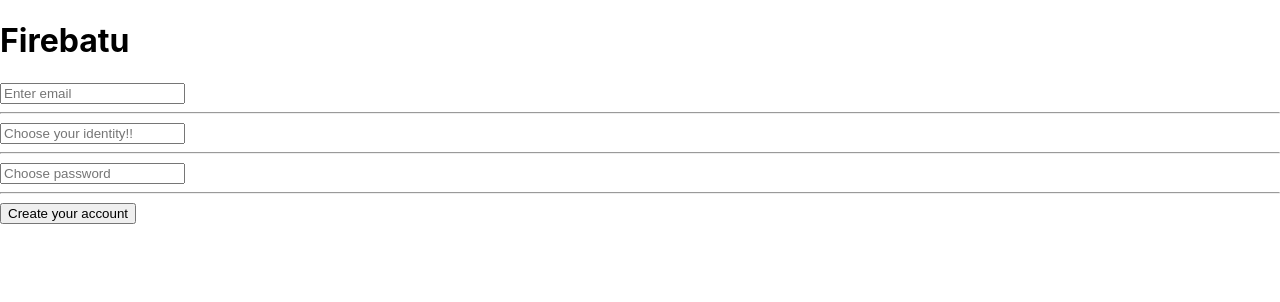
Repository: sammyodiagbe/firebatu
Page: /
These files come from the project's save history. The page is drawn as it stood at one moment and after the next save; the edit follows.
The browser window is 1280 px wide. The pictures show the whole page.
The project was rebuilt for these pictures with package versions that can differ from the ones it lists, and the page was loaded fresh each time. The framework's server and built-in components were replaced by stand-ins that run in the browser. Also part of the build but not shown: next.config.js, styles/Home.module.css.

Above is the page before, as saved 2022-04-18 09:12:54.

After the next save:
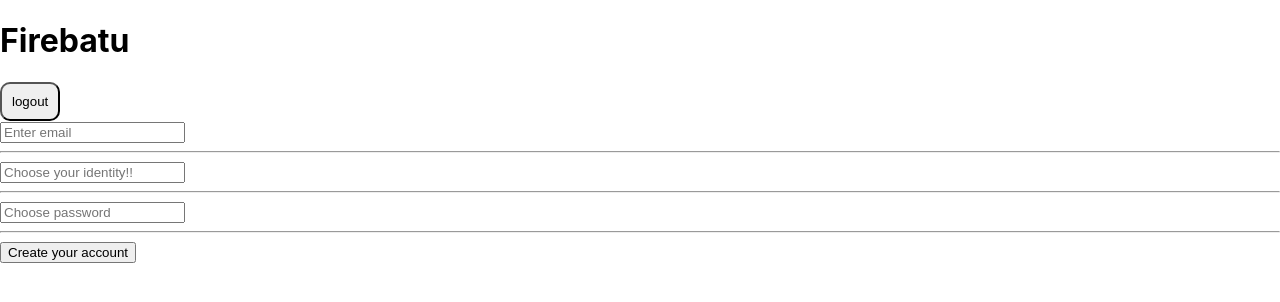
Saved 17 s later.
--- a/pages/index.js
+++ b/pages/index.js
@@ -3,6 +3,7 @@
 import { auth } from "../config/firebase.config";
 import { createUserWithEmailAndPassword, updateProfile } from "firebase/auth";
 import { useState } from "react";
+import Logout from "../components/logout";
 
 // const activeUser = auth.currentUser;
 // console.log(activeUser);
@@ -41,6 +42,7 @@
 
       <main className={styles.main}>
         <h1>Firebatu</h1>
+        <Logout />
         <div className={styles.container}>
           <form onSubmit={createUserWithUsername}>
             <input

After the save that followed:
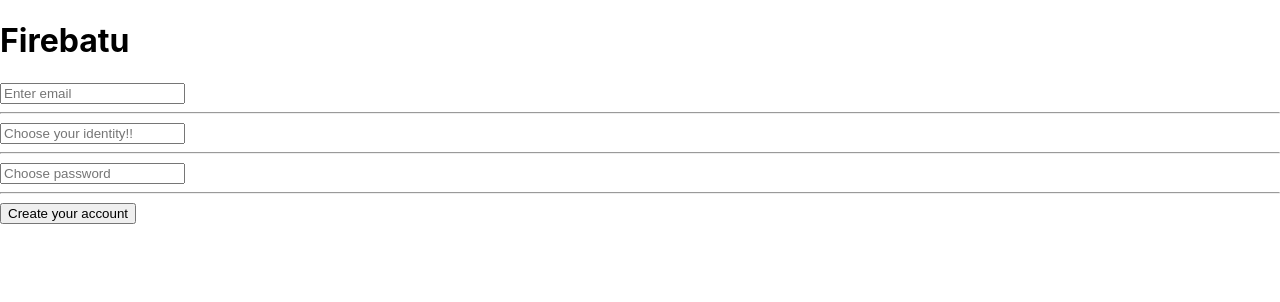
Saved 22 s later.
--- a/pages/index.js
+++ b/pages/index.js
@@ -42,7 +42,7 @@
 
       <main className={styles.main}>
         <h1>Firebatu</h1>
-        <Logout />
+        {auth.currentUser && <Logout />}
         <div className={styles.container}>
           <form onSubmit={createUserWithUsername}>
             <input
